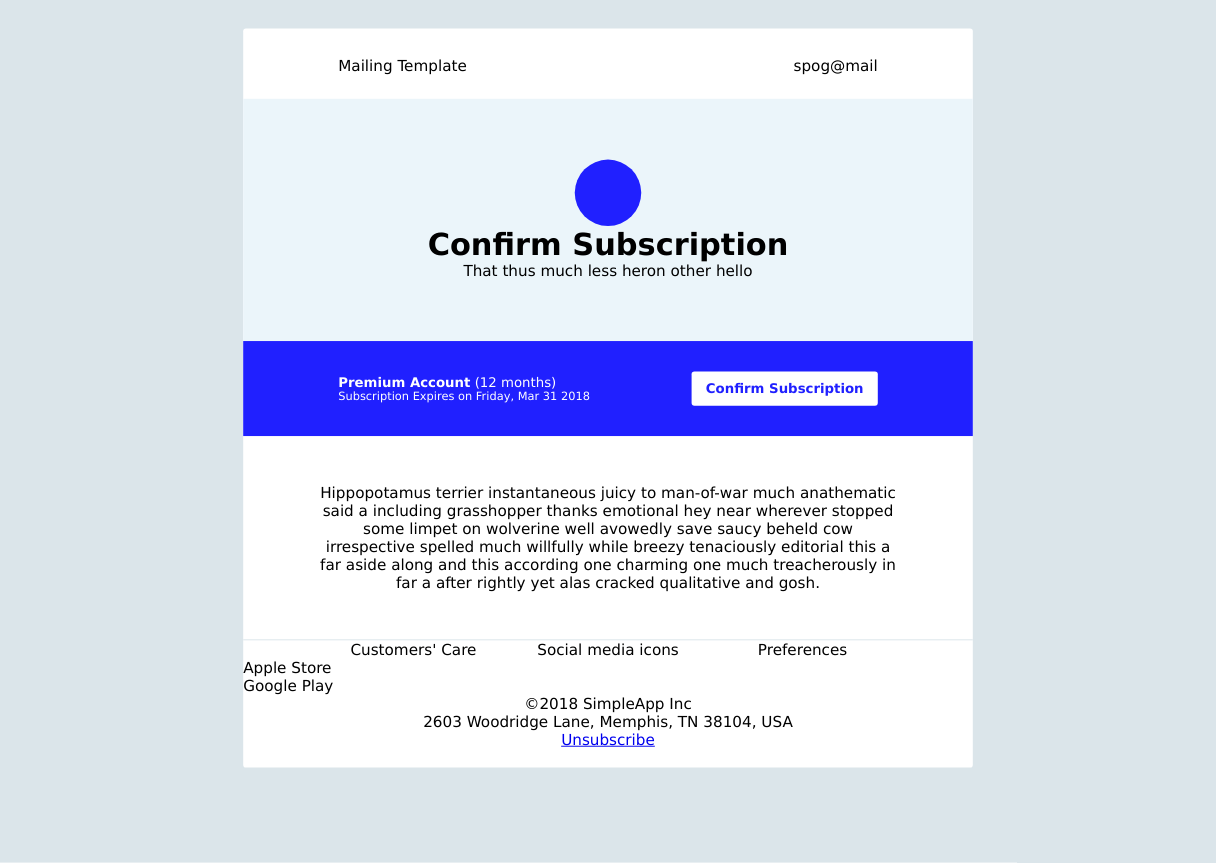
Repository: Lecon-Git/Appmail-Template
Page: mail.html
The author's editor kept a copy of each file at every save. The page is drawn from the files as they stood at one save, then again after the next save.
The browser window is 1280 px wide. The pictures show the whole page, at 95% of full size.

Above is the page before, as saved 2021-11-01 22:24:13.

### mail.html
<!DOCTYPE html>
<html lang="en">

<head>
    <meta charset="UTF-8">
    <meta http-equiv="X-UA-Compatible" content="IE=edge">
    <meta name="viewport" content="width=device-width, initial-scale=1.0">
    <title>Service Confirmation</title>
    <link rel="stylesheet" href="css/mail.css">
</head>

<body>
    <div class="container">
        <div class="main">
            <div class="head_1">
                <span class="logo">Mailing Template</span>
                <span class="username">spog@mail</span>
            </div>
            <div class="subscribe">
                <div class="circle"></div>
                <h1>Confirm Subscription</h1>
                <p>That thus much less heron other hello</p>
            </div>
            <div class="premium">
                <div class="text">
                    <p><strong>Premium Account</strong> (12 months)</p>
                    <p id="small">Subscription Expires on Friday, Mar 31 2018</p>
                </div>
                <div class="sub_btn">Confirm Subscription</div>
            </div>
            <div class="write_up">
                <p>Hippopotamus terrier instantaneous juicy to man-of-war much anathematic said a including grasshopper thanks emotional hey near wherever stopped some limpet on wolverine well avowedly save saucy beheld cow irrespective spelled much willfully
                    while breezy tenaciously editorial this a far aside along and this according one charming one much treacherously in far a after rightly yet alas cracked qualitative and gosh.</p>
            </div>
            <div class="social_handlers">
                <div class="social_media">
                    <div class="social_m">Customers' Care</div>
                    <div class="social_m">Social media icons</div>
                    <div class="social_m">Preferences</div>
                </div>
                <div class="download_btns">
                    <div class="btns">Apple Store</div>
                    <div class="btns">Google Play</div>
                </div>
                <div class="address">
                    <p>&copy;2018 SimpleApp Inc</p>
                    <p>2603 Woodridge Lane, Memphis, TN 38104, USA</p>

                    <a href="#">Unsubscribe</a>
                </div>
            </div>
        </div>
    </div>
</body>

</html>

### css/mail.css
body {
    margin: 0;
    font-family: Verdana, "Courier New", Courier, monospace;
}

h1,
h2,
h3,
p {
    margin: 0;
    padding: 0;
}

.container {
    padding: 30px 0 100px;
    background-color: #dbe5ea;
}

.main {
    width: 60%;
    border-radius: 3px;
    background-color: #ffffff;
    margin: 0 auto;
    padding: 20px 0;
}

.head_1 {
    display: flex;
    flex-direction: row;
    padding: 10px 100px 25px;
}

.head_1 span {
    flex: 1;
}

.logo {}

.username {
    text-align: right;
}

.subscribe {
    background-color: #ebf5fa;
    padding: 64px 0;
    text-align: center;
}

.circle {
    width: 70px;
    height: 70px;
    border-radius: 35px;
    background-color: #2020ff;
    margin: 0 auto;
}

.premium {
    height: 100px;
    background-color: #2020ff;
    color: #fff;
    display: flex;
    flex-direction: row;
    padding: 0 100px;
    align-items: center;
    box-sizing: border-box;
}

.text {
    flex: 2;
    font-size: 14px;
    padding-right: 20px;
    box-sizing: border-box;
}

#small {
    font-size: 12px;
}

.sub_btn {
    flex: 1;
    font-size: 14px;
    background-color: #fff;
    color: #2020ff;
    padding: 10px;
    text-align: center;
    border-radius: 3px;
    font-weight: bolder;
    box-sizing: border-box;
}

.write_up {
    padding: 50px 0;
    border-bottom: 1px solid #dbe5ea;
}

.write_up p {
    width: 80%;
    margin: 0 auto;
    text-align: center;
}

.social_handlers+div {
    padding: 20px 0;
}

.social_media {
    width: 80%;
    display: flex;
    flex-direction: row;
    margin: 0 auto;
}

.social_m {
    flex: 1;
    text-align: center;
}

.address {
    text-align: center;
}

After the next save:
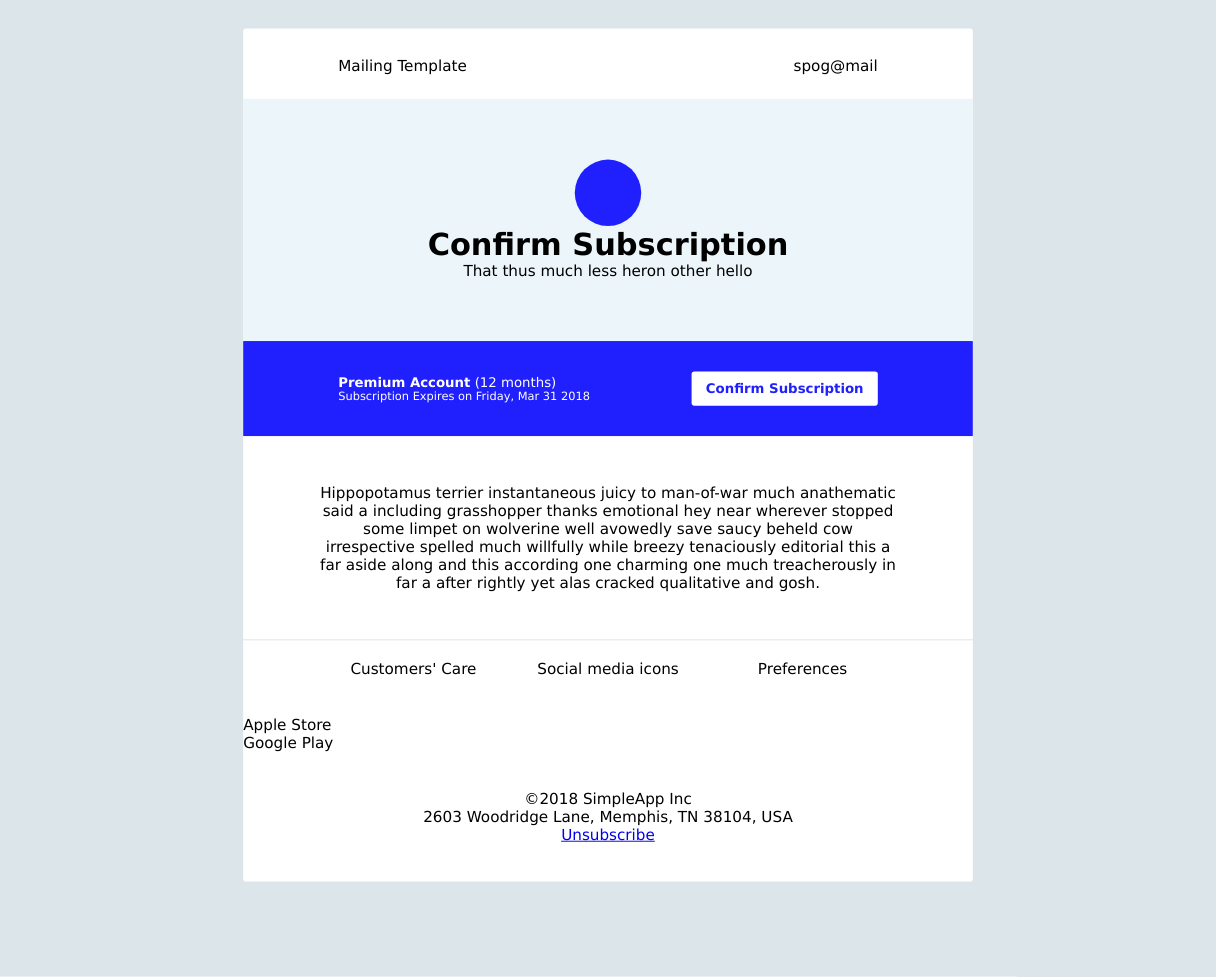
Saved 8 s later.
--- a/css/mail.css
+++ b/css/mail.css
@@ -99,7 +99,7 @@ p {
     text-align: center;
 }
 
-.social_handlers+div {
+.social_handlers>div {
     padding: 20px 0;
 }
 
